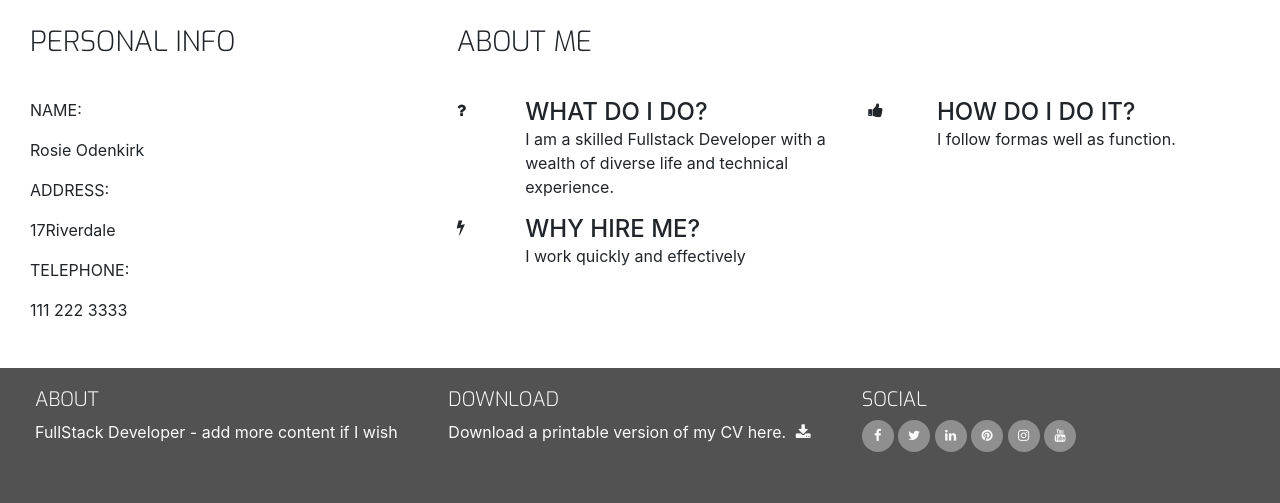
Repository: JustWhiteGit/Rosies-Resume
Page: index.html
The author's editor kept a record of every edit. The page is drawn from the files as they stood at one moment, then again after the next edit.
The browser window is 1280 px wide. The pictures show the part of the page from y = 369 to 952 px (the page is 872 px tall before and 952 px after).

Above is the page before.

### index.html
<!DOCTYPE html>
<html lang="en">

<head>
    <meta charset="UTF-8">
    <meta name="viewport" content="width=device-width, initial-scale=1.0">
    <meta http-equiv="X-UA-Compatible" content="ie=edge">
    <link rel="stylesheet" href="https://stackpath.bootstrapcdn.com/bootstrap/4.3.1/css/bootstrap.min.css" type="text/css" />
    <link rel="stylesheet" href="https://stackpath.bootstrapcdn.com/font-awesome/4.7.0/css/font-awesome.min.css" type="text/css" />
    <link rel="stylesheet" href="https://cdnjs.cloudflare.com/ajax/libs/hover.css/2.3.1/css/hover-min.css" type="text/css" />
    <link rel="stylesheet" href="assets/css/styles.css" type="text/css" />
    <title>Rosie</title>
</head>

<body>
    <header>
        <div class="row no-gutters">
            <a href="index.html" class="col-md-4 logo">

            </a>
            <div class="col-md-8">
                <div class="row no-gutters bg-color-name-title">
                    <div class="col heading">
                        <h1 class="name">Rosie Odenkirk</h1>
                        <h2 class="title">Full Stack Developer</h2>
                    </div>
                </div>
                <div class="row no-gutters">
                    <div class="col">
                        <ul id="nav" class="list-inline menucontainer">
                            <li class="col-6 col-sm-3 ui-menu-color-home list-inline-item menuitem">
                                <a href="#" class="hvr-sweep-to-bottom"><i class="fa fa-home" aria-hidden="true"></i><span>Home</span></a>
                            </li>
                            <li class="col-6 col-sm-3 ui-menu-color-resume list-inline-item menuitem">
                                <a href="#" class="hvr-sweep-to-bottom"><i class="fa fa-graduation-cap" aria-hidden="true"></i><span>Resume</span></a>
                            </li>
                            <li class="col-6 col-sm-3 ui-menu-color-contact list-inline-item menuitem">
                                <a href="#" class="hvr-sweep-to-bottom"><i class="fa fa-comment-o" aria-hidden="true"></i><span>Contact</span></a>
                            </li>
                            <li class="col-6 col-sm-3 ui-menu-color-download list-inline-item menuitem">
                                <a href="#" class="hvr-sweep-to-bottom"><i class="fa fa-download" aria-hidden="true"></i><span>Download</span></a>
                            </li>
                        </ul>
                    </div>
                </div>
            </div>
        </div>

    </header>
    <section class="container-fluid">
        <div class="row">
            <div class="col-md-4 bg-color-personal-info section-column">
                <div class="row">
                    <div class="col-12">
                        <h3 class="section-heading uppercase">
                            Personal Info
                        </h3>
                    </div>
                </div>
                <div class="personal-info-item">
                    <div class="key">
                        <p class="uppercase">
                            Name:
                        </p>
                    </div>
                    <div class="value">
                        <p>
                            Rosie Odenkirk
                        </p>
                    </div>
                </div>
                <div class="personal-info-item">
                    <div class="key">
                        <p class="uppercase">
                            Address:
                        </p>
                    </div>
                    <div class="value">
                        <p>
                            17Riverdale
                        </p>
                    </div>
                </div>
                <div class="personal-info-item">
                    <div class="key">
                        <p class="uppercase">
                            Telephone:
                        </p>
                    </div>
                    <div class="value">
                        <p>
                            111 222 3333
                        </p>
                    </div>
                </div>

            </div>
            <div class="col-md-8 bg-color-three-reasons section-column">
                <div class="row">
                    <div class="col">
                        <h3 class="section-heading uppercase">About me </h3>
                    </div>
                </div>
                <div class="row">
                    <div class="col-10 offset-1 offset-sm-0 col-sm-4 col-md-6">
                        <div class="row">
                            <div class="col-2">
                                <i class="three-reasons-icon fa fa-question" aria-hidden="true"></i>
                            </div>
                            <div class="col-10">
                                <h4 class="three-reasons-heading uppercase">what do i do?</h4>
                                <p>I am a skilled Fullstack Developer with a wealth of diverse life and technical experience.</p>
                            </div>
                        </div>
                    </div>
                    <div class="col-10 offset-1 offset-sm-0 col-sm-4 col-md-6">
                        <div class="row">
                            <div class="col-2">
                                <i class="three-reasons-icon fa fa-thumbs-up" aria-hidden="true"></i>
                            </div>
                            <div class="col-10">
                                <h4 class="three-reasons-heading uppercase">how do i do it?</h4>
                                <p>I follow formas well as function.</p>
                            </div>
                        </div>
                    </div>
                    <div class="col-10 offset-1 offset-sm-0 col-sm-4 col-md-6">
                        <div class="row">
                            <div class="col-2">
                                <i class="three-reasons-icon fa fa-bolt" aria-hidden="true"></i>
                            </div>
                            <div class="col-10">
                                <h4 class="three-reasons-heading uppercase">why hire me?</h4>
                                <p>I work quickly and effectively</p>
                            </div>
                        </div>
                    </div>
                </div>
            </div>
        </div>
    </section>
    <footer class="container-fluid">
        <div id="footer-details" class="row">
            <div class="col-sm-4">
                <h5 class="uppercase general-sub">About</h5>
                <p class="inline-block">
                    FullStack Developer - add more content if I wish
                </p>
            </div>
            <div class="col-sm-4">
                <h5 class="uppercase general-sub">Download</h5>
                <p class="inline-block">
                    Download a printable version of my CV here.
                    <a href="#" target="_blank" class="cv-pdf">
                        <i class="fa fa-download" aria-hidden="true"></i>
                        <span class="sr-only">Download link.</span>
                    </a>
                </p>
            </div>
            <div class="col-sm-4">
                <h5 class="uppercase general-sub">Social</h5>
                <ul class="list-inline social-links">
                    <li class="list-inline-item">
                        <a target="_blank" href="#">
                            <i class="fa fa-facebook" aria-hidden="true"></i>
                            <span class="sr-only">Facebook</span>
                        </a>
                    </li>
                    <li class="list-inline-item">
                        <a target="_blank" href="#">
                            <i class="fa fa-twitter" aria-hidden="true"></i>
                            <span class="sr-only">Twitter</span>
                        </a>
                    </li>
                    <li class="list-inline-item">
                        <a target="_blank" href="#">
                            <i class="fa fa-linkedin" aria-hidden="true"></i>
                            <span class="sr-only">LinkedIn</span>
                        </a>
                    </li>
                    <li class="list-inline-item">
                        <a target="_blank" href="#">
                            <i class="fa fa-pinterest" aria-hidden="true"></i>
                            <span class="sr-only">Pinterest</span>
                        </a>
                    </li>
                    <li class="list-inline-item">
                        <a target="_blank" href="#">
                            <i class="fa fa-instagram" aria-hidden="true"></i>
                            <span class="sr-only">Instagram</span>
                        </a>
                    </li>
                    <li class="list-inline-item">
                        <a target="_blank" href="#">
                            <i class="fa fa-youtube" aria-hidden="true"></i>
                            <span class="sr-only">YouTube</span>
                        </a>
                    </li>
                </ul>

            </div>
        </div>


    </footer>
</body>

</html>

### assets/css/styles.css
@import url('https://fonts.googleapis.com/css?family=Roboto:100,200,300,400,500,600,700|Exo:100,200,300,400,500,600,700');

/*---------------------------------colors*/

.bg-color-name-title {
    background-color: #676767;
}

.bg-color-three-reasons {
    background-color: #fff;
}

.ui-menu-color-home {
    background-color: #e67e22;
}

.ui-menu-color-resume {
    background-color: #9b59b6;
}

.ui-menu-color-contact {
    background-color: #3498db;
}

.ui-menu-color-download {
    background-color: #525252;
}

/* --------------------------------special paddings/margins/text */

h1,
h2,
h3,
h4 {
    margin: 0;
}

.uppercase {
    text-transform: uppercase;
}

.general-sub {
    font-family: "Exo", sans-serif;
    font-weight: 300;
    color: #fafafa;
}

.row-table {
    display: table;
}


.section-column {
    display: table-cell;
    padding: 0 30px 30px;
    float: none;
}


.section-heading {

    font-family: "Exo", sans-serif;
    font-weight: 300;
    margin-top: 25px;
    margin-bottom: 40px;
}



/* --------------------------------heading */

header {
    margin: 0;
}

.heading {
    margin-left: 50px;
}

.logo {
    background: url("../images/rosie-resume.jpg");
    background-position: center;
    background-repeat: no-repeat;
    background-size: cover;
    min-height: 360px;
    transition: all .5s ease-in-out;
    -moz-transition: all .5s ease-in-out;
    -webkit-transition: all .5s ease-in-out;
}


.name {
    font-family: "Exo", sans-serif;
    font-weight: 100;
    font-size: 46px;
    margin-top: 50px;
    color: #fff;
}

.title {
    font-family: "Roboto", sans-serif;
    font-weight: 200;
    font-size: 28px;
    margin-top: 20px;
    margin-bottom: 90px;
    color: #fff;
}


.list-inline-item:not(:last-child) {
    margin: 0;
}

.menucontainer {
    font-size: 0;
}

#nav {
    margin: 0;
}

#nav li {
    font-size: 14px;
    padding: 0;
}

.menuitem {
    height: 120px;
    text-align: center;
    padding: 0;
}

.menuitem a {
    width: 100%;
    text-decoration: none;
    color: #fff;
    height: 120px;
}

.menuitem a i {
    padding-top: 22px;
    display: block;
    color: #fafafa;
    font-size: 26px;
}

.menuitem span {
    display: block;
    width: 100%;
    padding-top: 5px;
    text-align: center;
    text-transform: uppercase;
    font-size: 14px;
    font-weight: 300;
    letter-spacing: 2px;
}

/* --------------------------------hover.css */

.hvr-sweep-to-bottom:before {
    background-color: rgba(0, 0, 0, 0.2);
    height: 120px;
}


/* --------------------------------footer */

footer {
    background-color: #525252;
    color: #fafafa;
    min-height: 120px;
    margin: 0;
}

.cv-pdf i {
    font-size;
    18px;
    color: #fafafa;
    text-align: center;
    padding-left: 5px;
    transition: all 0.35s ease-in-out;
    -moz-transition: all 0.35s ease-in-out;
    -webkit-transition: all 0.35s ease-in-out;
    -o-transition: all 0.35s ease-in-out;
}

.cv-pdf i:hover {
    color: #e84610;
}

.social-links {
    padding-bottom: 15px;
}

.social-links li a i {
    width: 32px;
    height: 32px;
    padding: 12px 0;
    border-radius: 50%;
    font-size: 13px;
    line-height: 7px;
    text-align: center;
    color: #fafafa;
    background: #8f8f8f;
    transition: all 0.35s ease-in-out;
    -moz-transition: all 0.35s ease-in-out;
    -webkit-transition: all 0.35s ease-in-out;
    -o-transition: all 0.35s ease-in-out;
}

.social-links li a i:hover {
    background: #e84610;

}

#footer-details {
    padding: 20px;
}

After the next edit:
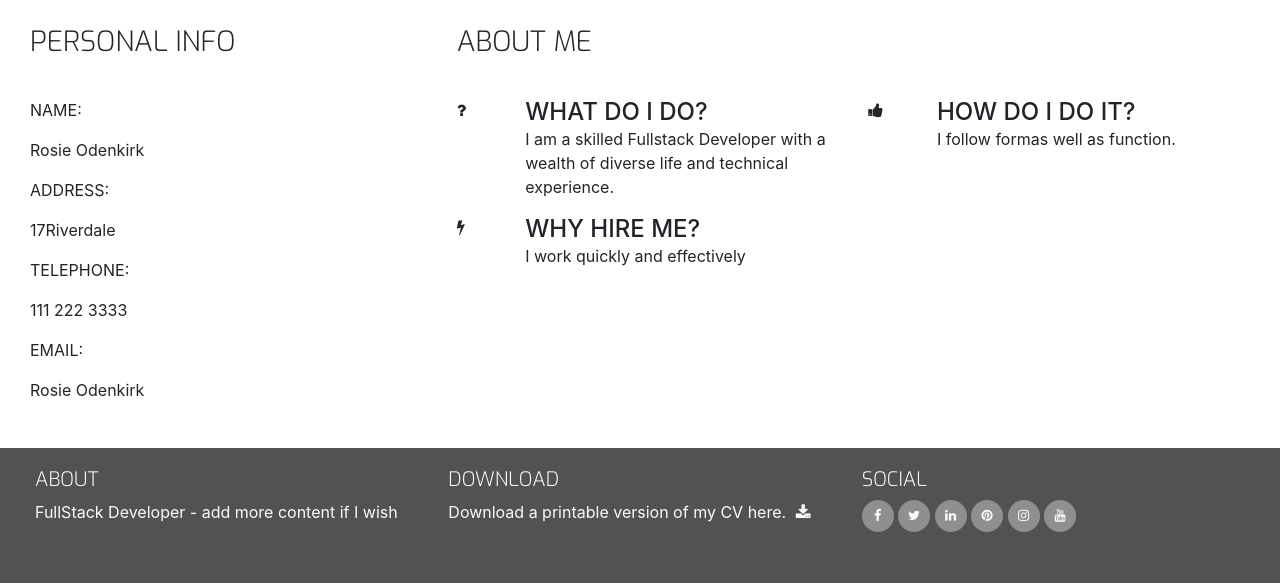
The edit:
--- a/index.html
+++ b/index.html
@@ -93,6 +93,18 @@
                         </p>
                     </div>
                 </div>
+                <div class="personal-info-item">
+                    <div class="key">
+                        <p class="uppercase">
+                            Email:
+                        </p>
+                    </div>
+                    <div class="value">
+                        <p>
+                            Rosie Odenkirk
+                        </p>
+                    </div>
+                </div>
 
             </div>
             <div class="col-md-8 bg-color-three-reasons section-column">
